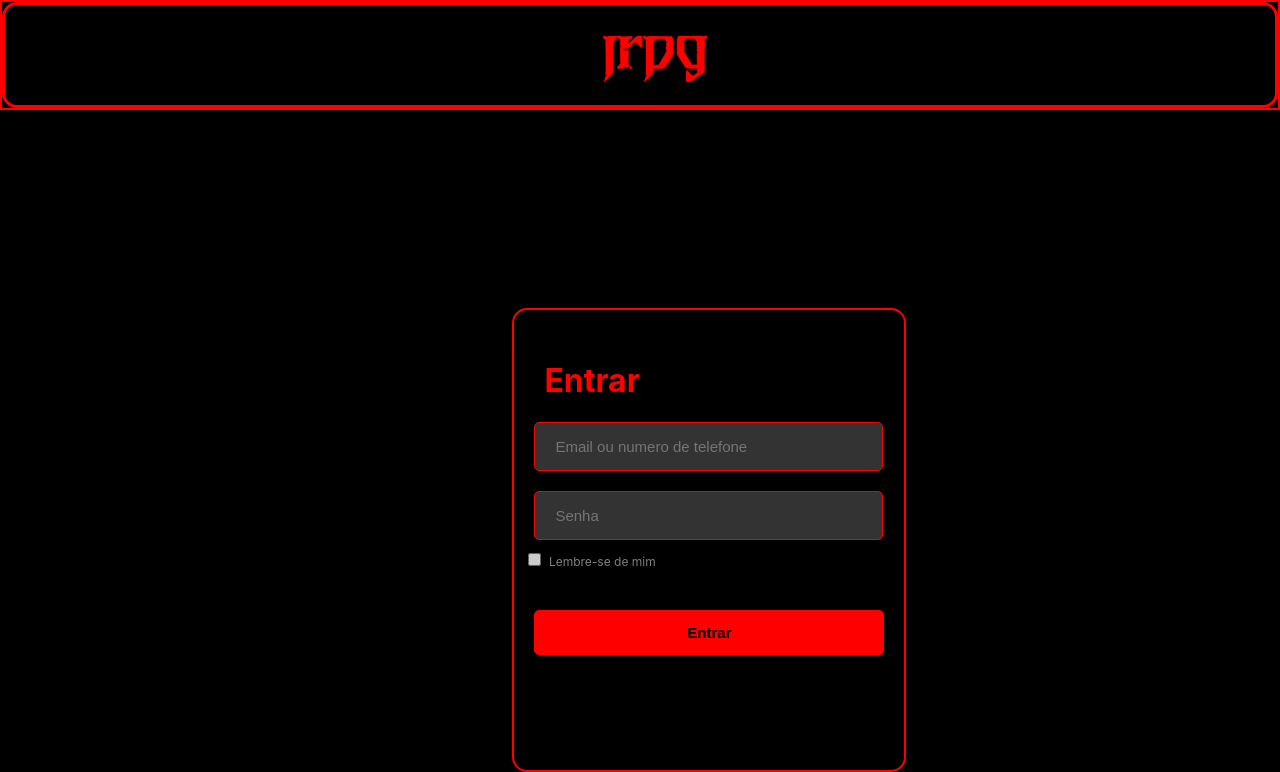
Repository: jpmaffei18/PROJETO_JAVA
Page: http://localhost/FinalWeb/
The author's editor kept a copy of each file at every save. The page is drawn from the files as they stood at one save, then again after the next save.
The browser window is 1280 px wide. The pictures show the whole page.
Some web fonts or font styles are not loaded; a fallback is used. The page is served by Tomcat 9. Other server files are loaded and not shown.

Above is the page before, as saved 2023-04-12 12:20:50.

### FinalWeb/src/main/webapp/index.jsp
<!DOCTYPE html>
<html lang="pt-br">
<head>
    <meta charset="UTF-8">
    <meta http-equiv="X-UA-Compatible" content="IE=edge">
    <meta name="viewport" content="width=device-width, initial-scale=1.0">
    <link href="login.css" rel="stylesheet">
    <link href="https://fonts.cdnfonts.com/css/gobold" rel="stylesheet">
    <link href="https://fonts.cdnfonts.com/css/glacial-indifference-2" rel="stylesheet">

    <title> LOGIN </title>
</head>
<body>
    <header class="cabecalho">
       <img src="imagens/JRPG LOGO.png">
    </header>


    <div class="form">
        <h1>Entrar</h1>
            <form method="POST" action="LoginServlet">
                <input type="text" name="usuario" id="email" class="email"placeholder="Email ou numero de telefone" style="width: 325px; height: 45px; border: solid 1px red; border-radius:5px;  margin-left: 10px; background-color: #333333; padding-left: 20px;  color: white; font-size: 15px;" >
                <br/>
                <br/>
                <input type="password" name="senha" id="password" class="form-control" data-toggle="password" placeholder="Senha" style="width: 325px; height: 45px; border: solid 1px red; border-radius:5px;  background-color: #333333; color: white; padding-left: 20px; margin-bottom: 10px; margin-left: 10px; font-size: 15px;">
                <br/>
                <div class="box">
                <input type="checkbox" style="opacity: 0.8" value="lembre-se de mim" style="margin-left: 0px; background-color:grey;"/>
                <label for="lembre-se de mim" style="font-size: 12px; color:grey;">Lembre-se de mim</label>
                </div>

                <br/>
                <br/>

                <input type="submit" name="submit" id="submit" class="submit" style="background-color: red; color: black; width: 350px; height: 45px; border-radius:5px; border:solid 1px red; margin-bottom: 5px; margin-left: 10px; font-weight:900; font-size: 15px; " value="Entrar"/>
                </form>
                </div>

</body>
</html>

### FinalWeb/src/main/webapp/login.css
@import url('https://fonts.cdnfonts.com/css/glacial-indifference-2');
@import url('https://fonts.cdnfonts.com/css/gobold');



body{
    margin: 0;
    margin-top: 0;
    background-color: black ;
    overflow-x: hidden;
    border: solid 2px red;
}

.conteudo{
    width: 100%;
    height: 848px;
    border: solid 2px red;
}

.cabecalho{
    background-color: black ;
    width: 99,7%;
    height: 80px;
    border-radius: 15px;
    border: solid 3px red;
    color: red;
    padding-top: 20px;
    padding-left: 80px;
    align-content: center;
    align-items: center;
    text-align: center;
}

header img{
    margin-top: -20px;
    width: 200px;
    margin-right: 60px;
}

header h3{
    float: right;
    margin-right: 20px;
    margin-left:-40px;
}

header a{
    color: white;
    text-decoration: none;
}


.form{
    height: 400px;
    width: 350px;
    float: left;
    background-color: rgba(0,0,0,.75);
    border: solid 2px red;
    border-radius:15px;
    margin-left: 40%;
    margin-top: 200px;
    padding: 30px;
    padding-left:10px;
    font-family:-apple-system, BlinkMacSystemFont, 'Segoe UI', Roboto, Oxygen, Ubuntu, Cantarell,
    'Open Sans', 'Helvetica Neue', sans-serif;
    color: white;




}
.form h1{
    text-align: left;
    margin-left: 20px;
    color: red;
}

.form .inputs{
    padding: 5px;
    border-radius: 5px;

}

After the next save:
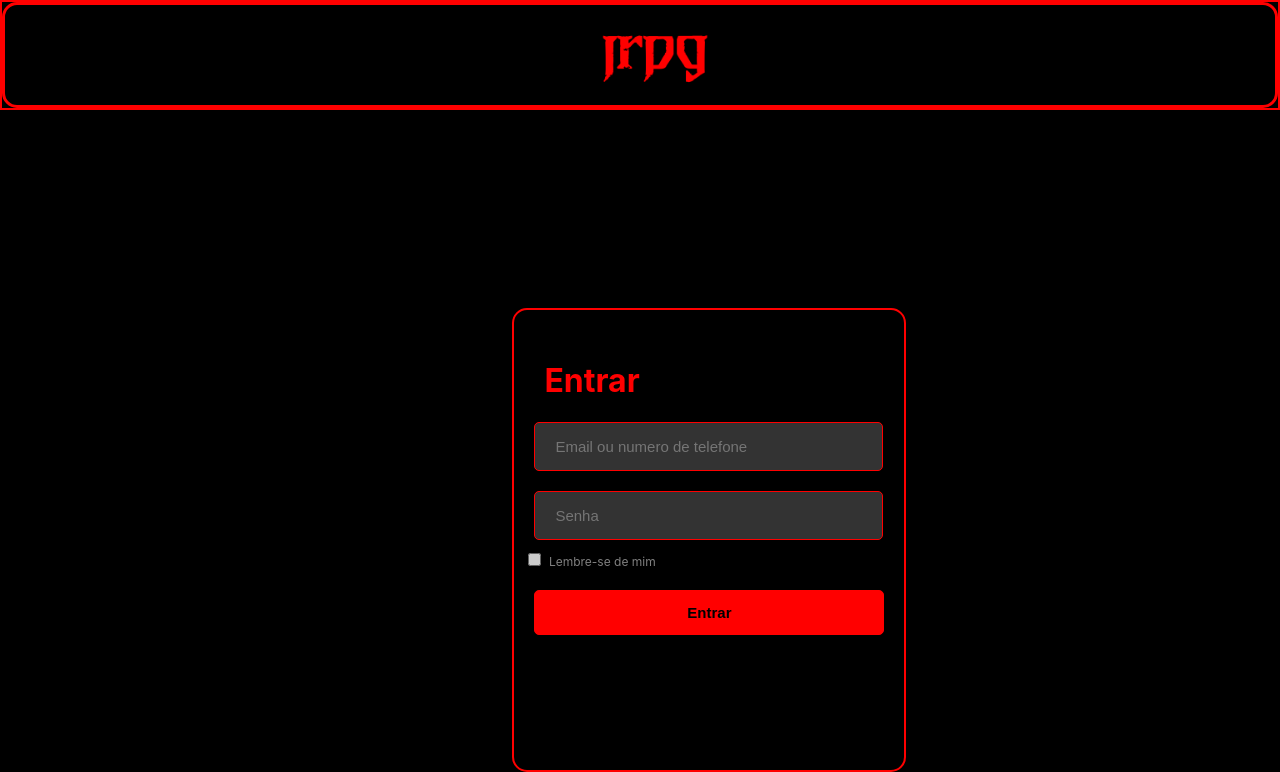
Saved 12 s later.
--- a/FinalWeb/src/main/webapp/index.jsp
+++ b/FinalWeb/src/main/webapp/index.jsp
@@ -29,6 +29,8 @@
                 <label for="lembre-se de mim" style="font-size: 12px; color:grey;">Lembre-se de mim</label>
                 </div>
 
+                <a
+
                 <br/>
                 <br/>
 

After the save that followed:
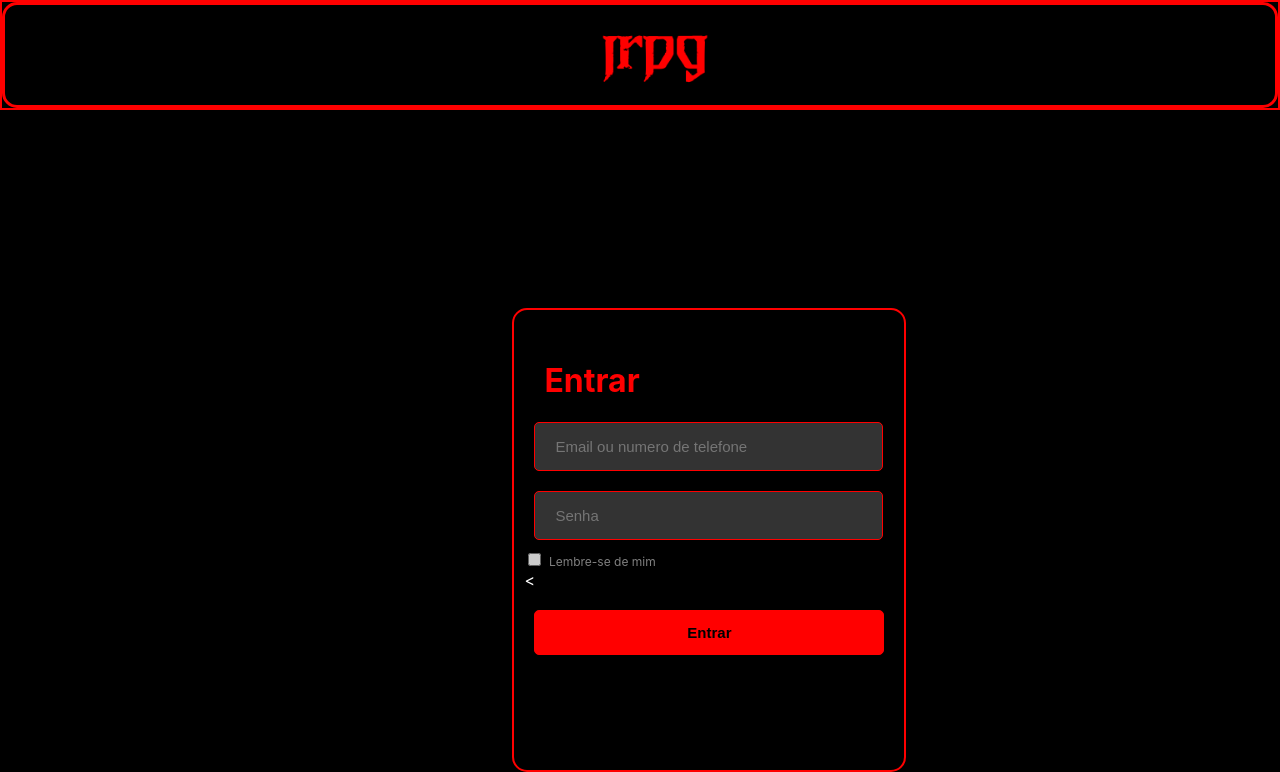
Saved 4 s later.
--- a/FinalWeb/src/main/webapp/index.jsp
+++ b/FinalWeb/src/main/webapp/index.jsp
@@ -29,7 +29,7 @@
                 <label for="lembre-se de mim" style="font-size: 12px; color:grey;">Lembre-se de mim</label>
                 </div>
 
-                <a
+                <
 
                 <br/>
                 <br/>
